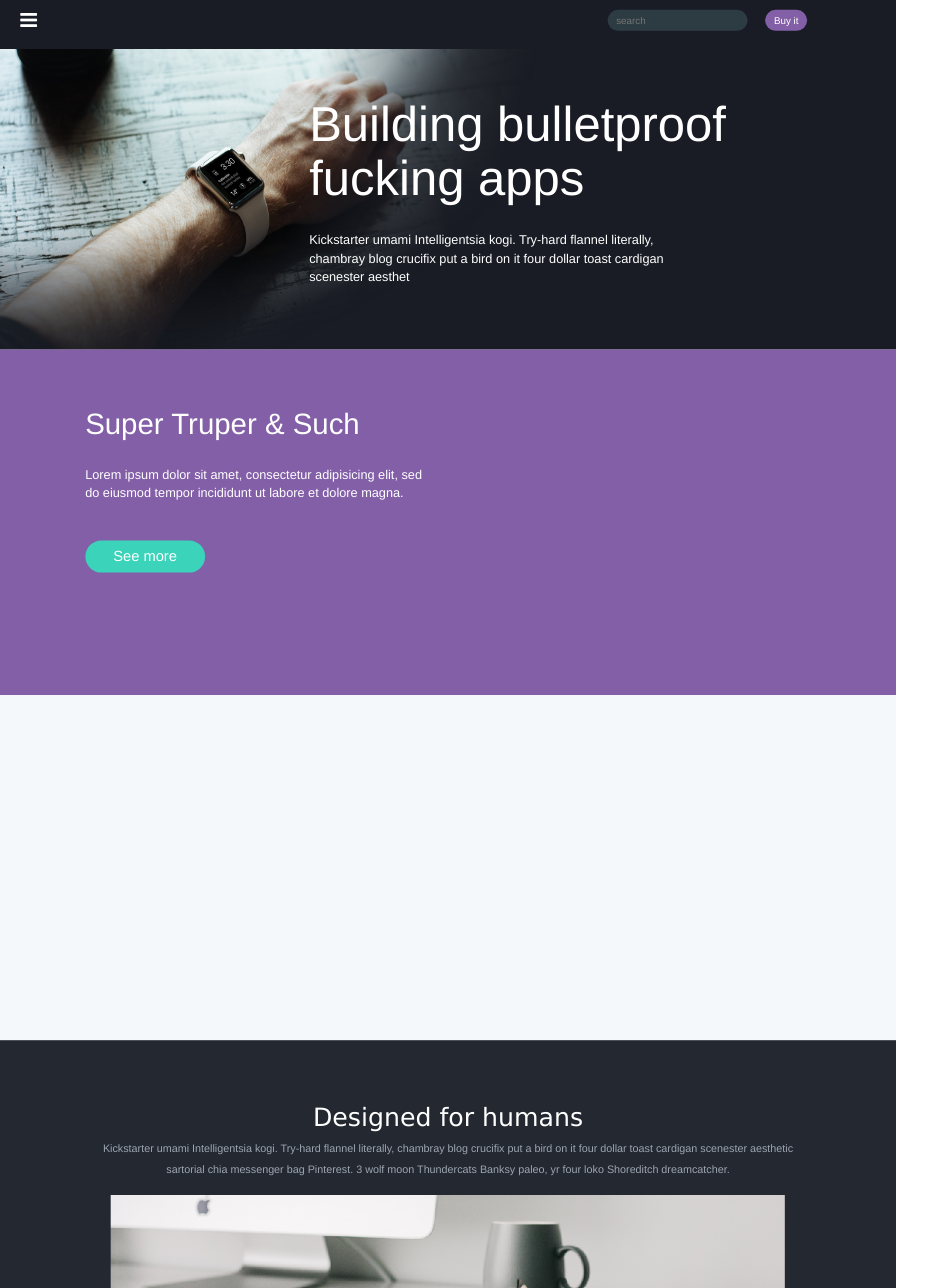
Repository: KatarzynaOwczarska/Tork
Page: Tork/WebContent/index.html
These files come from the project's save history. The page is drawn as it stood at one moment and after the next save; the edit follows.
The browser window is 1280 px wide. The page is 1321 px wide, so the pictures cover 1321 px, including what lies to the right of the window. The pictures show the part of the page from y = 0 to 1840 px (the page is 4629 px tall before and 4699 px after), at 70% of full size.
Backgrounds fixed to the window are drawn as part of the page.

Above is the page before, as saved 2017-02-06 13:52:16.

After the next save:
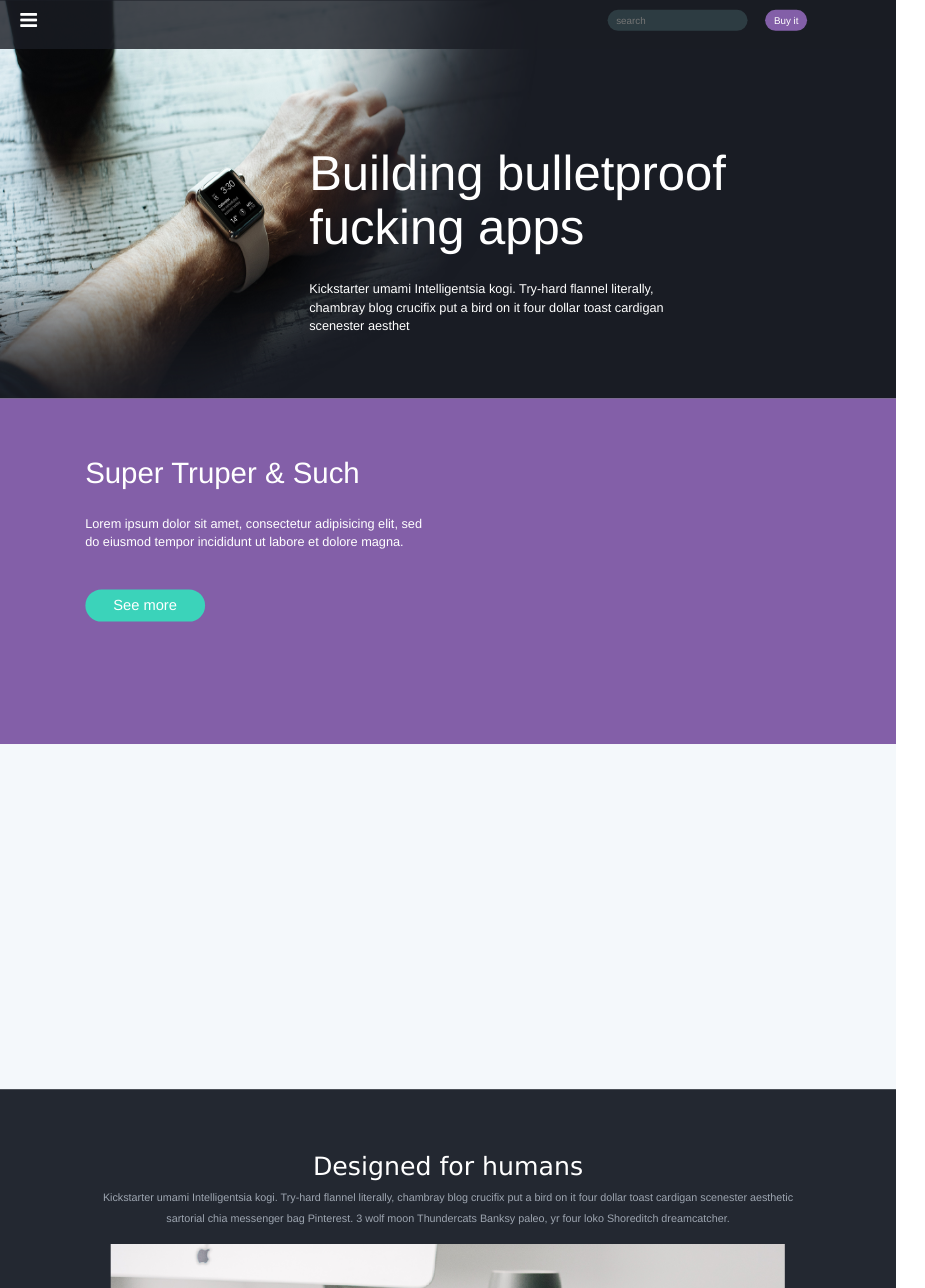
Saved 44 s later.
--- a/Tork/WebContent/css/style.css
+++ b/Tork/WebContent/css/style.css
@@ -11,12 +11,10 @@
 header {
 	height: 70px;
 	background-color: transparent;
-  	background-color: rgba(25, 28, 36, 1);  /* FF3+, Saf3+, Opera 10.10+, Chrome, IE9 */
+  	background-color: rgba(25, 28, 36, 0.8);  /* FF3+, Saf3+, Opera 10.10+, Chrome, IE9 */
   	filter: progid:DXImageTransform.Microsoft.gradient(startColorstr=#3332FA32,endColorstr=#3332FA32); /* IE6&#8211;IE9 */
   	zoom: 1;
   	width: 100%;
-  	position: fixed;
-  	top: 0;
 }
 
 #search {
